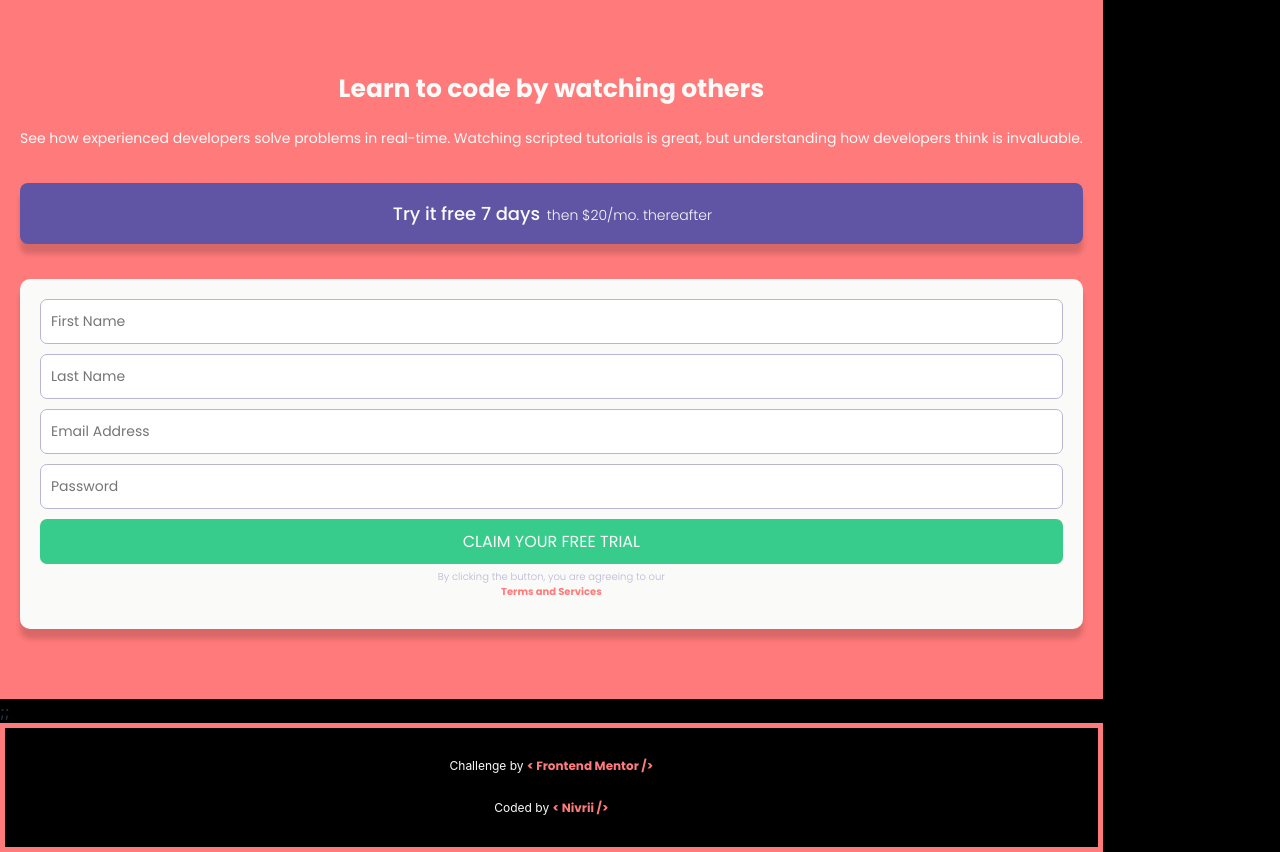
Repository: nivrii/intro-component-with-signup
Page: /
An editor plug-in stored every save of this project. The page is shown before and after the next save, followed by the edit.
The browser window is 1280 px wide. The pictures show the whole page.
The project was rebuilt for these pictures with package versions that can differ from the ones it lists, and the page was loaded fresh each time. Also part of the build but not shown: vite.config.js.

Above is the page before, as saved 2023-10-14 17:57:10.

### src/App.jsx
import { Success } from "./Container/Success";
import Container from "./Container/Container";
import { Footer } from "./Footer/Footer";

import "./App.css";
import { useState } from "react";

function App() {
  const [userArray, setUserArray] = useState({});
  return (
    <div className="UI">
      <Container userArray={userArray} setUserArray={setUserArray} />
      <Success userArray={userArray} />
      <Footer />
    </div>
  );
}

export default App;

### src/Container/Success.jsx
export function Success() {
  return <div className="close success">

        <h4>Thank you for signing up!</h4>
        <p>

        </p>
      </div>;
}

### src/Container/Container.jsx
import { Form } from "./Form/Form";
import { Card } from "./Card/Card";
import { Content } from "./Content/Content";
import { Success } from "./Success";
import React from "react";

const MyContext = React.createContext();
const Container = () => {
  const userArray = [];
  return (
    <>
      <div className="container">
        <Content />
        <Card />
        <Form userArray={userArray} />
      </div>
      ;
      <MyContext.Provider value={userArray}>
        <Success />
      </MyContext.Provider>
      ;
    </>
  );
};
export default Container;

### src/Footer/Footer.jsx
import "./Footer.css";
export function Footer() {
  const frontend = '< Frontend Mentor />';
  const coder = "< Nivrii />";
  return (
    <footer>
      <p className="attribution">
        Challenge by{" "}
        <a
          href="https://www.frontendmentor.io?ref=challenge"
          target="_blank"
          rel="noreferrer"
        >
          {frontend}
        </a>
        </p>
        <p className="attribution">
         Coded by{" "}
        <a href="https://github.com/nivrii/intro-component-with-signup">
          {coder}
        </a>
      </p>
    </footer>
  );
}

### src/App.css
* {
  box-sizing: border-box;
  border: 0;
  padding: 0;
}
:root {
  /*Primary colors*/
  --red: hsl(0, 100%, 74%);
  --green: hsl(154, 59%, 51%);
  /*Accent colors*/
  --blue: hsl(248, 32%, 49%);
  --white: #fafaf9;
  /*Neutral colors*/
  --dark-blue: hsl(249, 10%, 26%);
  --grayish-blue: hsl(246, 25%, 77%);
  /*typography*/
  --fSize: 14px;
  --w4: 400;
  --w5: 500;
  --w6: 600;
  --w7: 700;
}
@font-face {
  font-family: "Poppins-bold";
  src: url(./assets/Fonts/poppins/Poppins-Bold.otf) format("opentype");
}
@font-face {
  font-family: "Poppins-regular";
  src: url(./assets/Fonts/poppins/Poppins-Regular.otf) format("opentype");
}
@font-face {
  font-family: "Poppins-medium";
  src: url(./assets/Fonts/poppins/Poppins-Medium.otf) format("opentype");
}
@font-face {
  font-family: "Poppins-light";
  src: url(./assets/Fonts/poppins/Poppins-Light.otf) format("opentype");
}
body {
  background-color: #000;
}
.UI {
  display: flex;
  flex-direction: column;
}
.container {
  display: flex;
  flex-direction: column;
  align-items: center;
  justify-content: center;
  width: 100%;
  background-color: var(--red);
  padding: 50px 20px 70px;
  margin: 0;
}
.close {
  display: none;
}
.success{
  height: 78vh;
  width: 100%;
  max-height: 80vh;
  border: 1px solid var(--red);
}

### src/Container/Form/Form.jsx
/* eslint-disable react/prop-types */
import "./Form.css";
import { useState } from "react";
import errorIcon from "../../../public/images/icon-error.svg";

export function Form({userArray}) {
  const [fName, setFName] = useState("");
  const [lName, setLName] = useState("");
  const [email, setEmail] = useState("");
  const [password, setPassword] = useState("");

  const [fNameEmpty, setFNameEmpty] = useState(false);
  const [lNameEmpty, setLNameEmpty] = useState(false);
  const [emailEmpty, setEmailEmpty] = useState(false);
  const [passEmpty, setPassEmpty] = useState(false);

  const handleFirstName = (e) => {
    e.preventDefault();
    let value = e.target.value;
    value === "" ? setFNameEmpty(true) : setFNameEmpty(false);
    setFName(value);
  };
  const handleLastName = (e) => {
    e.preventDefault();
    let value = e.target.value;
    value === "" ? setLNameEmpty(true) : setLNameEmpty(false);
    setLName(value);
  };
  const handleEmail = (e) => {
    e.preventDefault();
    let value = e.target.value;
    value === "" ? setEmailEmpty(true) : setEmailEmpty(false);
    setEmail(value);
  };
  const handlePassword = (e) => {
    e.preventDefault();
    let value = e.target.value;
    value === "" ? setPassEmpty(true) : setPassEmpty(false);

    setPassword(value);
  };
  const handleSubmit = (e) => {
    e.preventDefault();
    if (fName === "") {
      setFNameEmpty(true);
      document.querySelector(".fName-input").classList.add("input-error");
      return;
    }
    if (lName === "") {
      setLNameEmpty(true);
      document.querySelector(".lName-input").classList.add("input-error");
      return;
    }
    if (email === "") {
      setEmailEmpty(true);
      document.querySelector(".email-input").classList.add("input-error");
      return;
    }
    if (password === "") {
      setPassEmpty(true);
      document.querySelector(".password-input").classList.add("input-error");
      return;
    } else {
      setFName("");
      setEmail("");
      setLName("");
      setPassword("");
      document.querySelector(".container").classList.add("close");
      document.querySelector(".success").classList.remove("close");
    }
    //console.log(fName, lName, email, password);
    userArray.push(
      {
        fName: fName,
        lName: lName,
        email: email,
      }
    )
    console.log(userArray)
  };

  return (
    <form action="submit" className="form" onSubmit={(e) => e.preventDefault()}>
      <div className="input-enclose">
        {fNameEmpty && (
          <img src={errorIcon} alt="error-icon" className="error-icon" />
        )}
        <input
          type="text"
          placeholder="First Name"
          value={fName}
          className="input fName-input"
          onChange={(e) => handleFirstName(e)}
          onKeyDown={() =>
            document
              .querySelector(".fName-input")
              .classList.remove("input-error")
          }
        />
        <div className="err-enclose">
          {fNameEmpty && (
            <div className=" err err-fName">First Name Cannot Be Empty</div>
          )}
        </div>
      </div>

      <div className="input-enclose">
        {lNameEmpty && (
          <img src={errorIcon} alt="error-icon" className="error-icon" />
        )}
        <input
          type="text"
          placeholder="Last Name"
          value={lName}
          className="input lName-input"
          onChange={(e) => handleLastName(e)}
          onKeyDown={() =>
            document
              .querySelector(".lName-input")
              .classList.remove("input-error")
          }
        />
        <div className="err-enclose">
          {lNameEmpty && (
            <div className=" err err-lName">Last Name Cannot Be Empty</div>
          )}
        </div>
      </div>

      <div className="input-enclose">
        {emailEmpty && (
          <img src={errorIcon} alt="error-icon" className="error-icon" />
        )}
        <input
          type="email"
          placeholder="Email Address"
          value={email}
          className="input email-input"
          onChange={(e) => handleEmail(e)}
          onKeyDown={() =>
            document
              .querySelector(".email-input")
              .classList.remove("input-error")
          }
        />
        <div className="err-enclose">
          {emailEmpty && (
            <div className="err err-email">Email Cannot Be Empty</div>
          )}
          <div className=" err miss-email">
            That does not look like an email
          </div>
        </div>
      </div>

      <div className="input-enclose">
        {passEmpty && (
          <img src={errorIcon} alt="error-icon" className="error-icon" />
        )}
        <input
          type="password"
          placeholder="Password"
          value={password}
          className="input password-input"
          onChange={(e) => handlePassword(e)}
          onKeyDown={() =>
            document
              .querySelector(".password-input")
              .classList.remove("input-error")
          }
        />
        <div className="err-enclose">
          {passEmpty && (
            <div className="  err err-password">Password Cannot Be Empty</div>
          )}
        </div>
      </div>

      <button type="submit" className="btn" onClick={(e) => handleSubmit(e)}>
        Claim your free trial
      </button>
      <div className="pWrap">
        <p>By clicking the button, you are agreeing to our</p>
        <p>Terms and Services</p>
      </div>
    </form>
  );
}

### src/Container/Card/Card.jsx
import "./Card.css";
export function Card() {
  return (
      <div className="card__content">
        <p><span>Try it free 7 days </span>
        then $20/mo. thereafter</p>
      </div>
  );
}

### src/Container/Content/Content.jsx
import "./Content.css";
export function Content() {
  return (
    <div className="content">
      <h4>Learn to code by watching others</h4>
      <p>
        See how experienced developers solve problems in real-time. Watching
        scripted tutorials is great, but understanding how developers think is
        invaluable.
      </p>
    </div>
  );
}

### src/Footer/Footer.css
@import url(../App.css);

footer {
  display: flex;
  flex-direction: column;
  align-items: center;
  justify-content: center;
  width: 100%;
  height: 18vh;
  background-color: #000;
  padding: 5px;
  border: 5px solid var(--red);
  & .attribution {
    color: var(--white);
    font-family: "Poppins-light" sans-serif;
    font-size: 12px;
    & a {
      color: var(--red);
      font-family: "Poppins-bold", sans-serif;
      text-decoration: none;
      &:hover {
        color: var(--white);
        text-decoration: line-through;
      }
    }
  }
}

### src/Container/Form/Form.css
@import url(../../App.css);

.form {
  display: flex;
  flex-direction: column;
  background-color: var(--white);
  width: 100%;
  margin-top: 15px;
  padding: 20px;
  gap: 10px;
  border-radius: 10px;
  box-shadow: 0 10px 5px rgba(0, 0, 0, 0.15);
  & .input,
  .btn {
    height: 45px;
    width: 100%;
    border-radius: 7px;
    font-family: "Poppins-regular", sans-serif;
    -webkit-transition: 0.5s;
    transition: 0.5s;
  }
  & .input-error {
    border: 1px solid var(--red) !important;
    color: var(--red) !important;
    outline: none;
    &:focus {
      border: 2px solid var(--red) !important;
    }
    &::placeholder {
      color: var(--red);
    }
  }
  & .input-enclose {
    display: flex;
    flex-direction: column;
    .input {
      border: 1px solid var(--grayish-blue);
      padding-left: 10px;
      font-size: var(--fSize);
    }
    & .err-enclose {
      display: flex;
      justify-content: flex-end;
      align-items: center;
      & .err {
        display: block;
        color: var(--red);
        border-radius: 7px;
        height: 15px;
        width: auto;
        margin-left: calc(100% - width);
        padding: 5px;
        font-size: 10px;
        font-family: "Poppins-light", sans-serif;
      }
      & .miss-email {
        display: none;
      }
    }
    & .error-icon {
      position: absolute;
      padding: 2px;
      right: 50px;
      width: 25px;
      height: 25px;
      margin-top: 10px;
      margin-right: 10px;
    }
  }
  & .btn {
    background-color: var(--green);
    color: var(--white);
    text-transform: uppercase;
    transition-duration: 0.3s;
    transition-timing-function: ease;
    &:hover {
      transform: scale(1.05);
    }
  }
  & .pWrap {
    padding: 10px;
    text-align: center;
    margin-top: -15px;
    & * {
      margin: 0;
      font-size: 10px;
    }
    & p:nth-child(1) {
      font-family: "Poppins-light", sans-serif;
      color: var(--grayish-blue);
    }
    & p:nth-child(2) {
      font-family: "Poppins-bold", sans-serif;
      color: var(--red);
    }
  }
}

### src/Container/Card/Card.css
@import url(../../App.css);

.card__content{
    width: 100%;
    background-color: var(--blue);
    border-radius: 8px;
    padding: 15px 40px;
    margin: 20px 0;
    box-shadow: 0 10px 5px rgba(0, 0, 0, 0.15);
    & *{
        color: var(--white);
        text-align: center;
        margin: 2px;
    }& span{
        font-size: 18px;
        font-family: 'Poppins-medium', sans-serif;
    }
    & p{
        font-family: 'Poppins-light', sans-serif;
        font-size: var(--fSize);

    }
}

### src/Container/Content/Content.css
@import url(../../App.css);

.content {
  & * {
    color: var(--white);
    text-align: center;
  }
  & h4 {
    font-size: 25px;
    margin: 20px;
    font-family: 'Poppins-bold', sans-serif;
  }
  & p {
    font-size: var(--fSize);
    font-family: 'Poppins-regular', sans-serif;
  }
}

Loaded but not shown: index.html (common file); src/main.jsx (common file); src/index.css (common file)

After the next save:
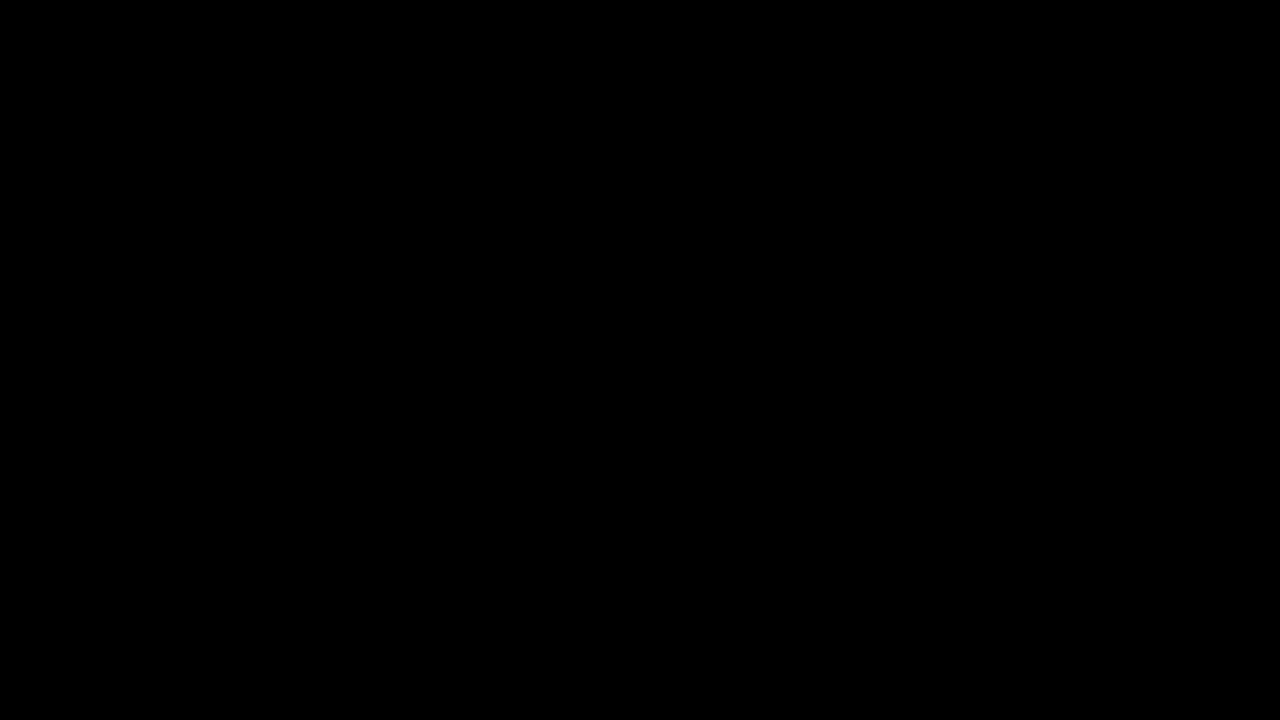
Console error: TypeError: Cannot read properties of undefined (reading 'map')
Saved 4 min 21 s later.
--- a/src/Container/Success.jsx
+++ b/src/Container/Success.jsx
@@ -1,9 +1,20 @@
-export function Success() {
-  return <div className="close success">
-
-        <h4>Thank you for signing up!</h4>
-        <p>
-
-        </p>
-      </div>;
+/* eslint-disable react/prop-types */
+export function Success({userArray}) {
+  return (
+    <>
+      <div className="close success">
+      {userArray.map(user=>{
+        const {fName, lName, email} = user
+        return(
+          <>
+          <h4>{fName}</h4>
+          <h4>{lName}</h4>
+          <h4>{email}</h4>
+          </>
+        )
+      })}
+        <p></p>
+      </div>
+    </>
+  );
 }

After the 3 saves that followed:
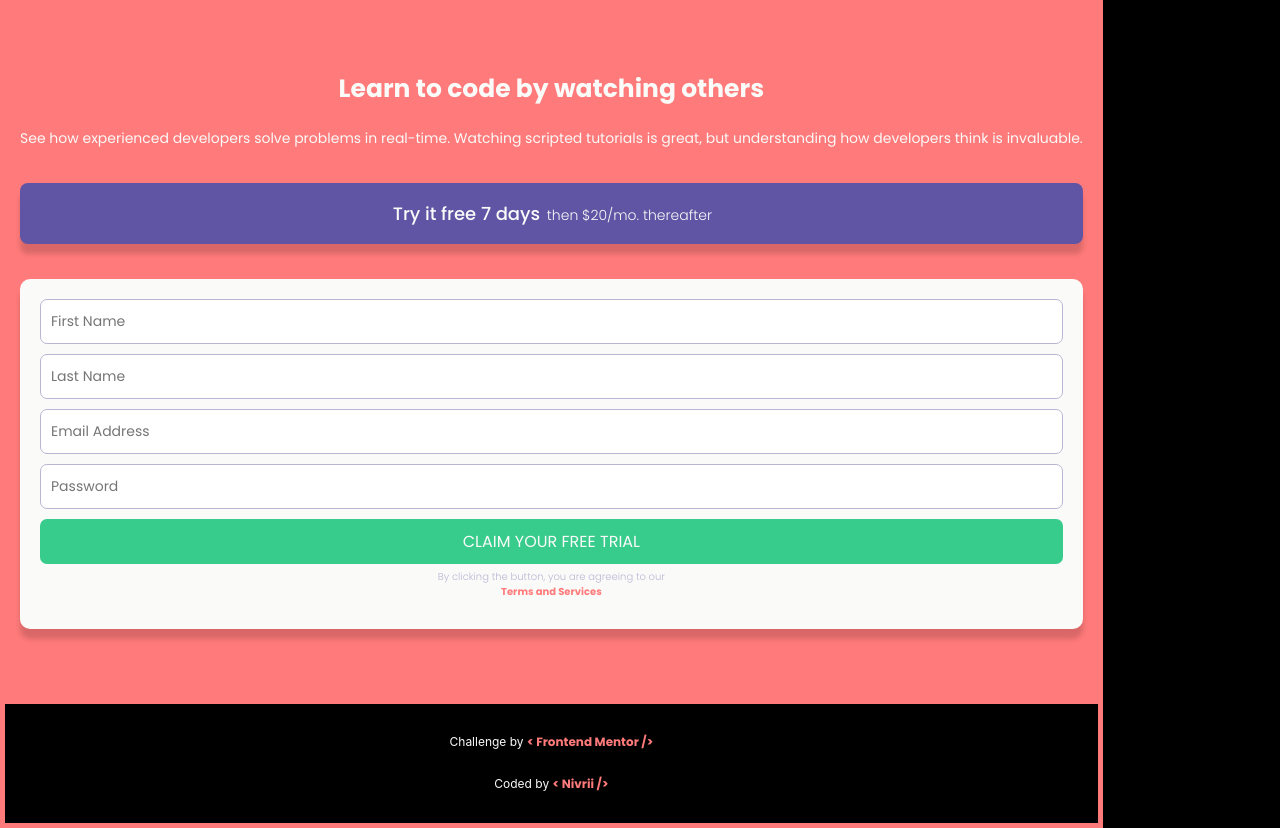
The error is gone.
The 3 saves are shown as one change because 2 left the picture as it was.
The last was saved 3 min 42 s later.
--- a/src/Container/Success.jsx
+++ b/src/Container/Success.jsx
@@ -3,7 +3,7 @@
   return (
     <>
       <div className="close success">
-      {userArray.map(user=>{
+      {/* {userArray.map(user=>{
         const {fName, lName, email} = user
         return(
           <>
@@ -12,7 +12,7 @@
           <h4>{email}</h4>
           </>
         )
-      })}
+      })} */}
         <p></p>
       </div>
     </>
--- a/src/Container/Container.jsx
+++ b/src/Container/Container.jsx
@@ -1,25 +1,17 @@
+/* eslint-disable react/prop-types */
 import { Form } from "./Form/Form";
 import { Card } from "./Card/Card";
 import { Content } from "./Content/Content";
-import { Success } from "./Success";
-import React from "react";
 
-const MyContext = React.createContext();
-const Container = () => {
-  const userArray = [];
+const Container = (props) => {
+  const {userArray, setUserArray} = props
   return (
-    <>
       <div className="container">
         <Content />
         <Card />
-        <Form userArray={userArray} />
+        <Form userArray={userArray} setUserArray={setUserArray}/>
       </div>
-      ;
-      <MyContext.Provider value={userArray}>
-        <Success />
-      </MyContext.Provider>
-      ;
-    </>
+
   );
 };
 export default Container;
--- a/src/Container/Form/Form.jsx
+++ b/src/Container/Form/Form.jsx
@@ -3,7 +3,7 @@ import "./Form.css";
 import { useState } from "react";
 import errorIcon from "../../../public/images/icon-error.svg";
 
-export function Form({userArray}) {
+export function Form({userArray, setUserArray}) {
   const [fName, setFName] = useState("");
   const [lName, setLName] = useState("");
   const [email, setEmail] = useState("");
@@ -69,7 +69,7 @@ export function Form({userArray}) {
       document.querySelector(".success").classList.remove("close");
     }
     //console.log(fName, lName, email, password);
-    userArray.push(
+setUserArray(
       {
         fName: fName,
         lName: lName,
